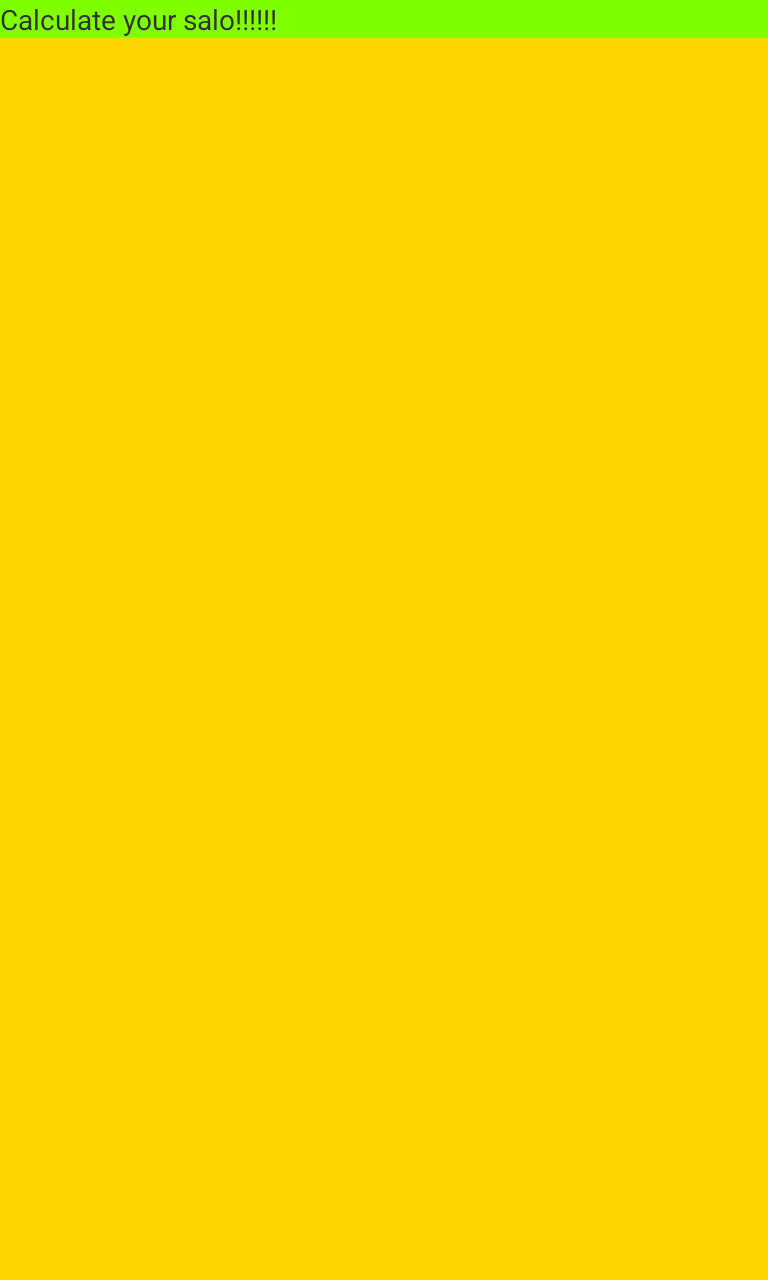
Repository: njiiriJohnii/Android-projects
Layout: salo/res/layout/activity_main.xml
An editor plug-in stored every save of this project. The layout is shown before and after the next save, followed by the edit.
It is drawn on a 768 x 1280 px phone screen (xhdpi) without system bars, with theme AppTheme; the app's code is not run.

Above is the layout before, as saved 2014-05-29 15:37:45.

After the next save:
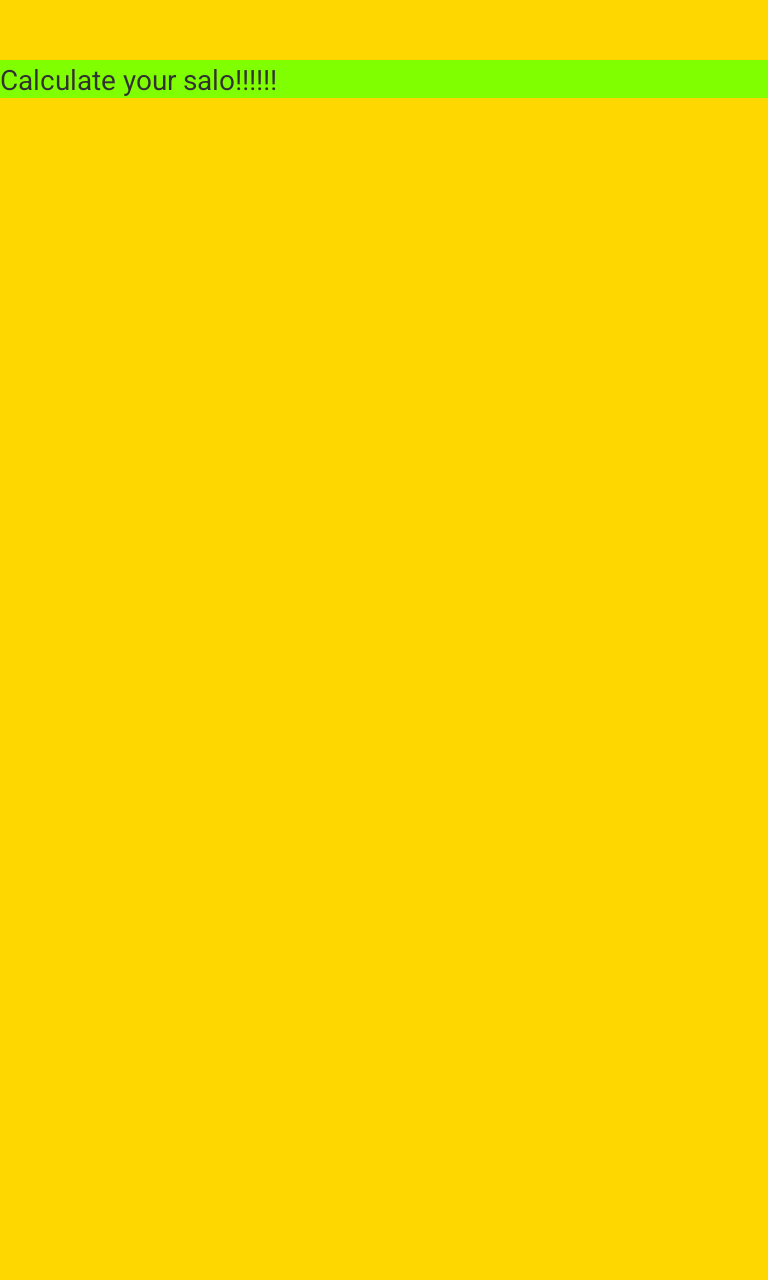
Saved 49 s later.
--- a/salo/res/layout/activity_main.xml
+++ b/salo/res/layout/activity_main.xml
@@ -10,7 +10,7 @@
         android:text="Calculate your salo!!!!!!"
         android:fontFamily="verdana"
        android:background="#7FFF00"
-
+        android:layout_marginTop="30dp"
         />
 
 
